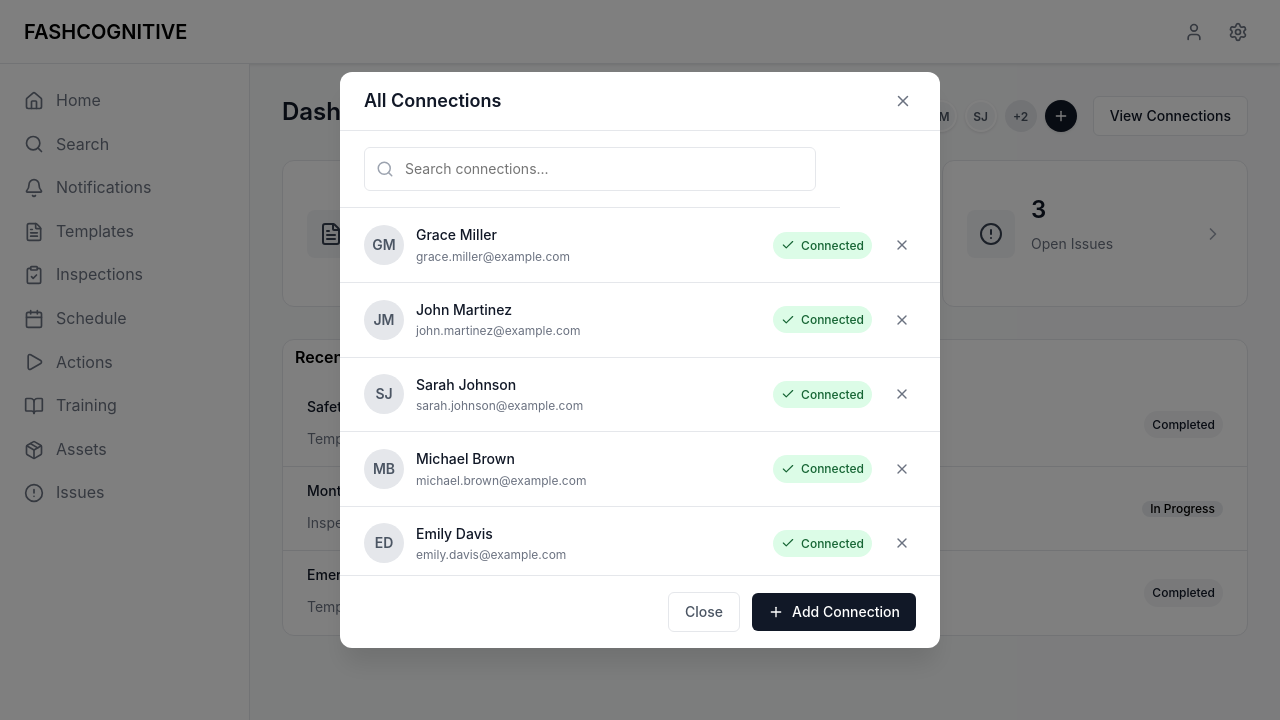
Repository: loganand612/fashcognitive-intern
Page: /dashboard (app in fash/), after clicking the first element matching `div.connection-more`
These files come from the project's save history. The page is drawn as it stood at one moment and after the next save; the edit follows.
The browser window is 1280 px wide. The pictures show the whole page.
The project was rebuilt for these pictures with package versions that can differ from the ones it lists, and the page was loaded fresh each time. Also part of the build but not shown: fash/src/pages/Login.css, fash/src/pages/Register.css, fash/src/pages/Template.css, fash/src/pages/Home.tsx, fash/src/pages/Login.tsx, fash/src/pages/Register.tsx, fash/src/pages/Home2.tsx, fash/src/components/AccessManager.tsx and 2 more. Imported but missing from the stored project, and not drawn on this page: fash/src/pages/assets/head1.mp4.

Above is the page before, as saved 2025-04-14 09:23:30.

After the next save:
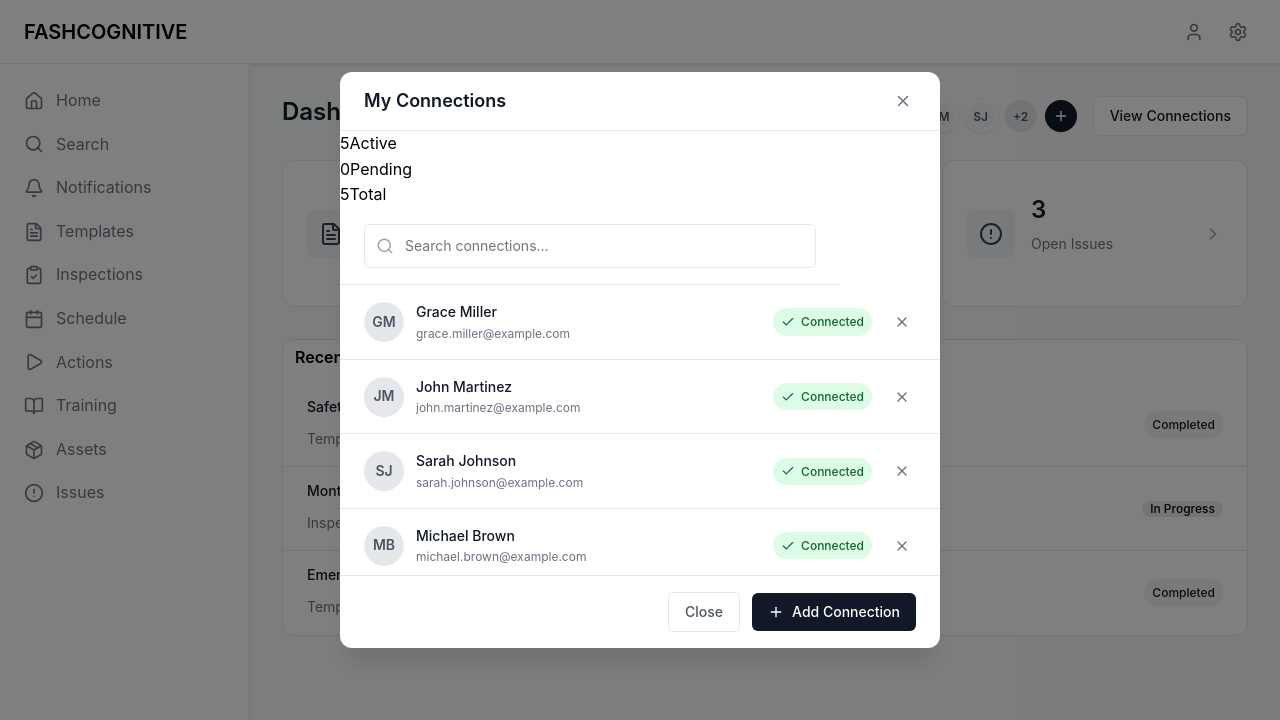
Saved 14 s later.
--- a/fash/src/components/ConnectionsPanel.tsx
+++ b/fash/src/components/ConnectionsPanel.tsx
@@ -156,10 +156,25 @@ const ConnectionsPanel: React.FC<ConnectionsPanelProps> = ({
         <div className="modal-overlay">
           <div className="connection-modal all-connections-modal">
             <div className="modal-header">
-              <h3>All Connections</h3>
+              <h3>My Connections</h3>
               <button className="close-button" onClick={() => setShowAllConnections(false)}>
                 <X size={18} />
               </button>
+            </div>
+
+            <div className="connections-summary">
+              <div className="connection-stat">
+                <span className="stat-count">{activeConnections.length}</span>
+                <span className="stat-label">Active</span>
+              </div>
+              <div className="connection-stat">
+                <span className="stat-count">{pendingConnections.length}</span>
+                <span className="stat-label">Pending</span>
+              </div>
+              <div className="connection-stat">
+                <span className="stat-count">{connections.length}</span>
+                <span className="stat-label">Total</span>
+              </div>
             </div>
 
             <div className="search-container">
